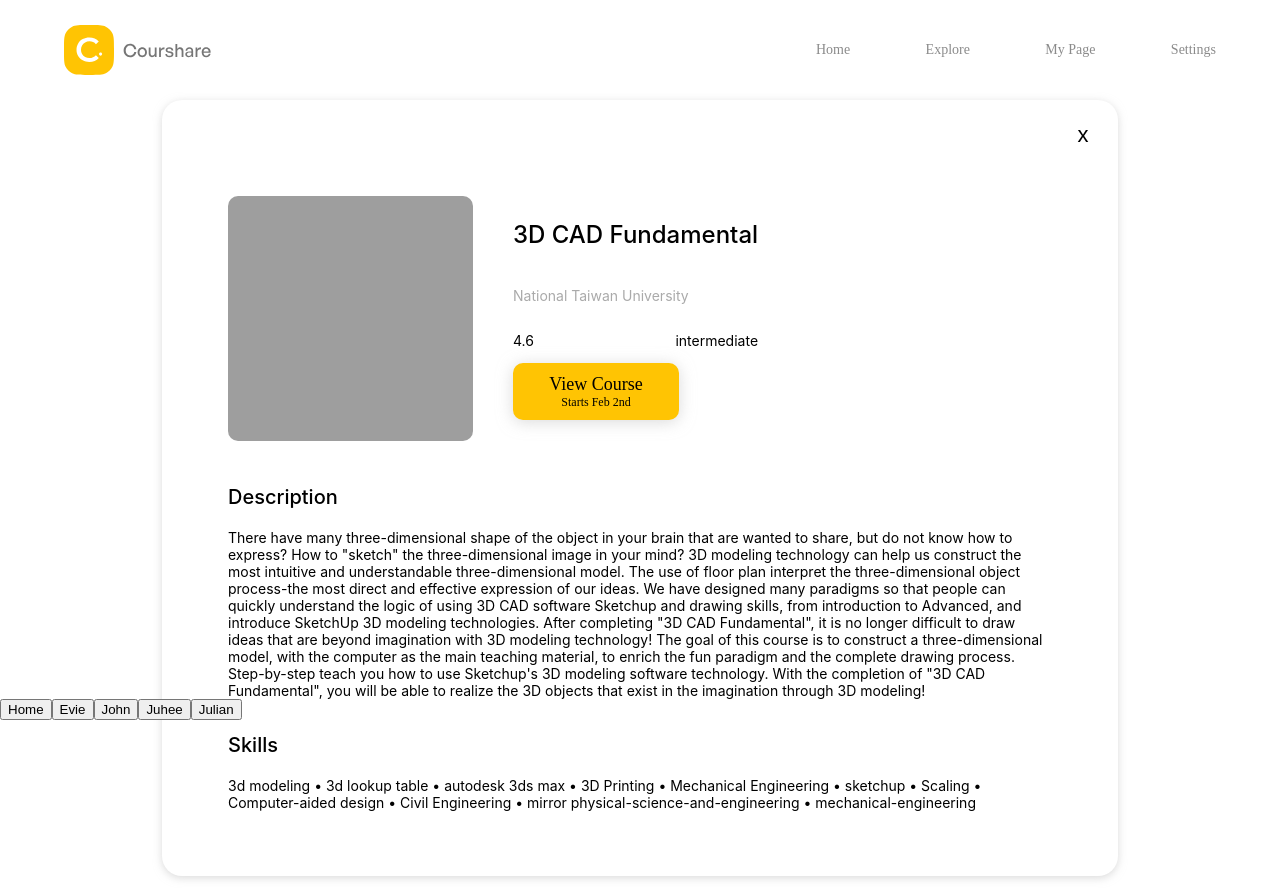
Repository: julianm09/courshare-app
Page: /comps/juhee
An editor plug-in stored every save of this project. The page is shown before and after the next save, followed by the edit.
The browser window is 1280 px wide. The pictures show the whole page.
Pictures or frames that could not be fetched are drawn as grey boxes. The project was rebuilt for these pictures with package versions that can differ from the ones it lists, and the page was loaded fresh each time. The framework's server and built-in components were replaced by stand-ins that run in the browser. Also part of the build but not shown: next.config.js.

Above is the page before, as saved 2022-02-07 14:39:11.

After the next save:
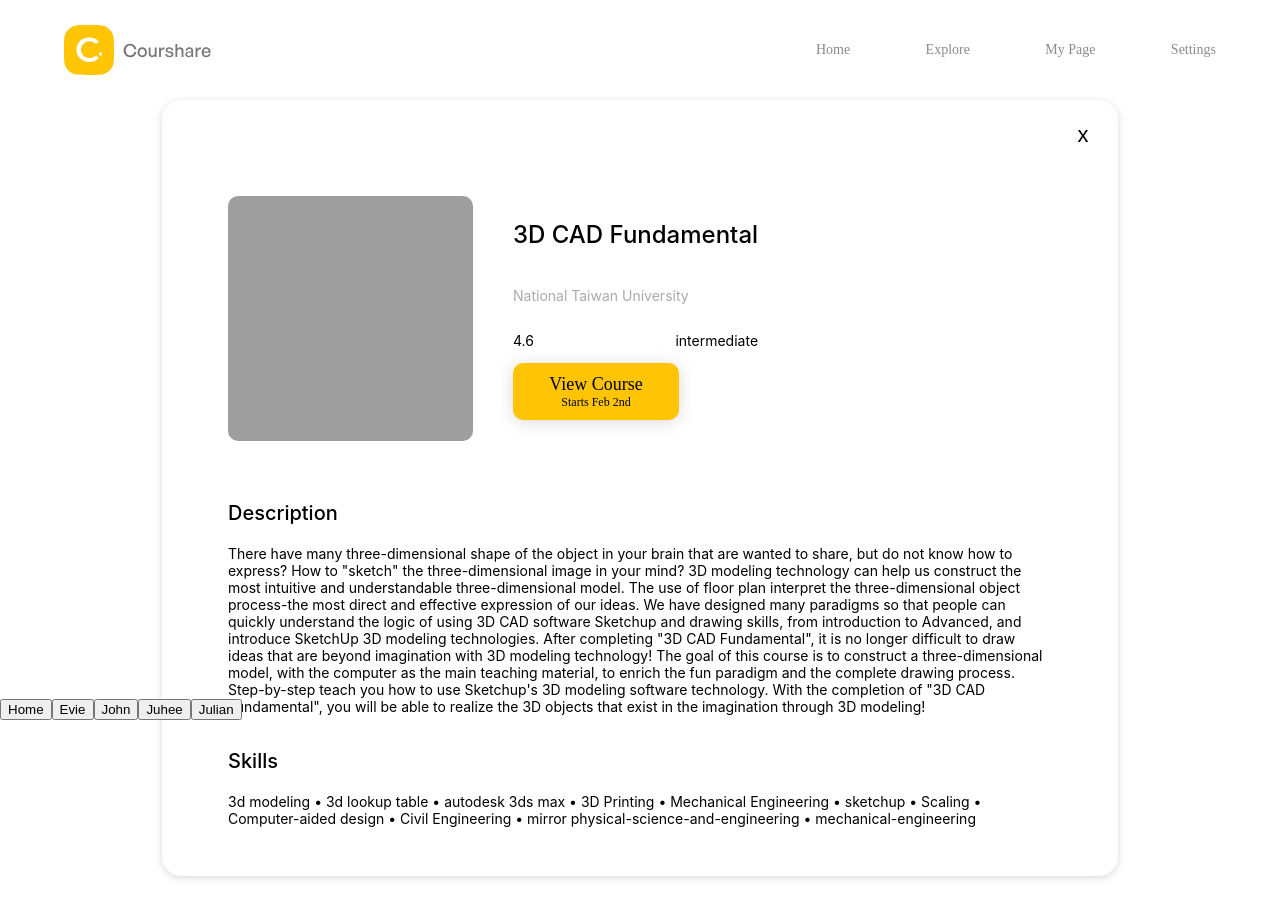
Saved 58 s later.
--- a/components/CourseDetailCard.js
+++ b/components/CourseDetailCard.js
@@ -53,7 +53,7 @@
   font-size: 14px;
 `;
 const RightCont = styled.div`
-  height: 245px;
+  height: 265px;
   margin-left: 40px;
   flex-direction: column;
   justify-content: space-between;

After the save that followed:
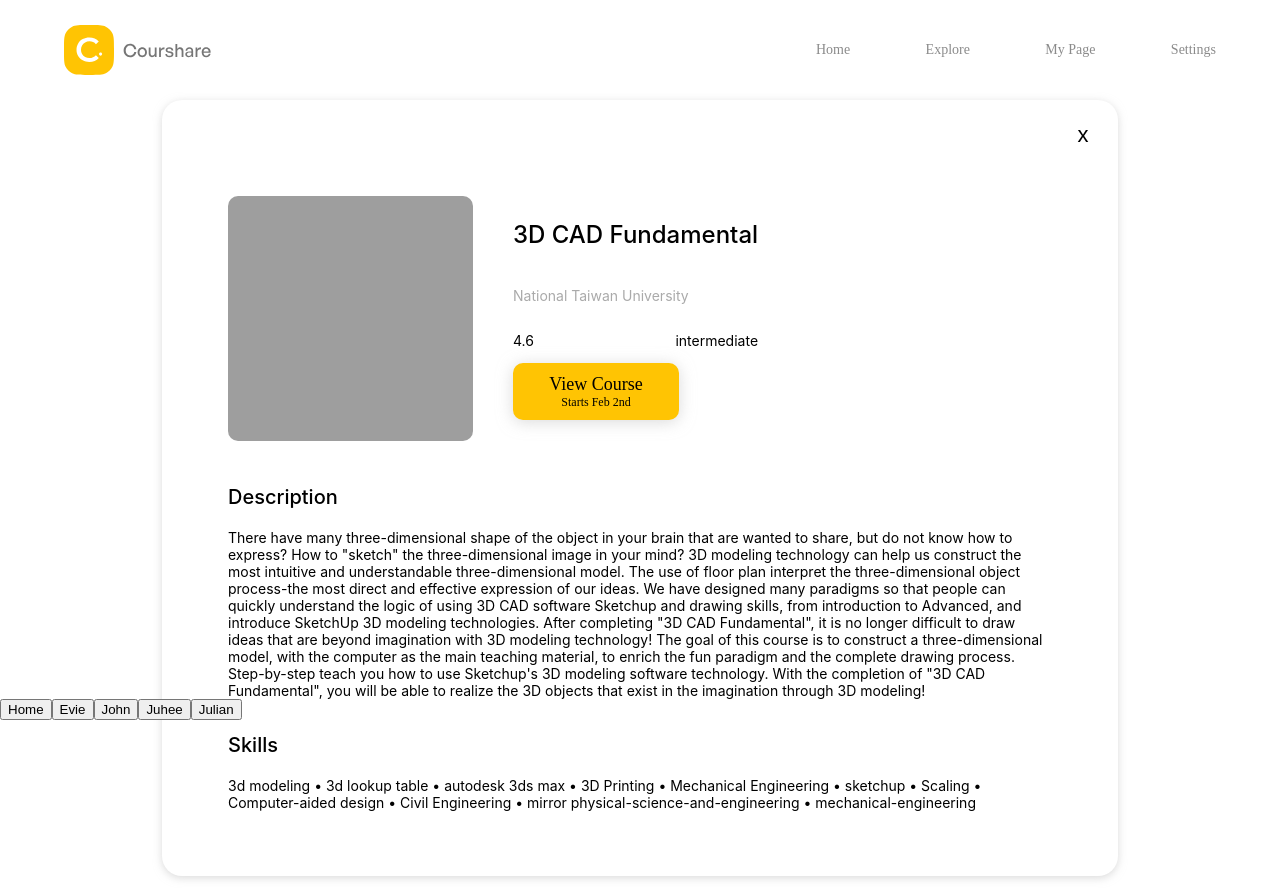
Saved 5 s later.
--- a/components/CourseDetailCard.js
+++ b/components/CourseDetailCard.js
@@ -53,7 +53,7 @@
   font-size: 14px;
 `;
 const RightCont = styled.div`
-  height: 265px;
+  height: 245px;
   margin-left: 40px;
   flex-direction: column;
   justify-content: space-between;
